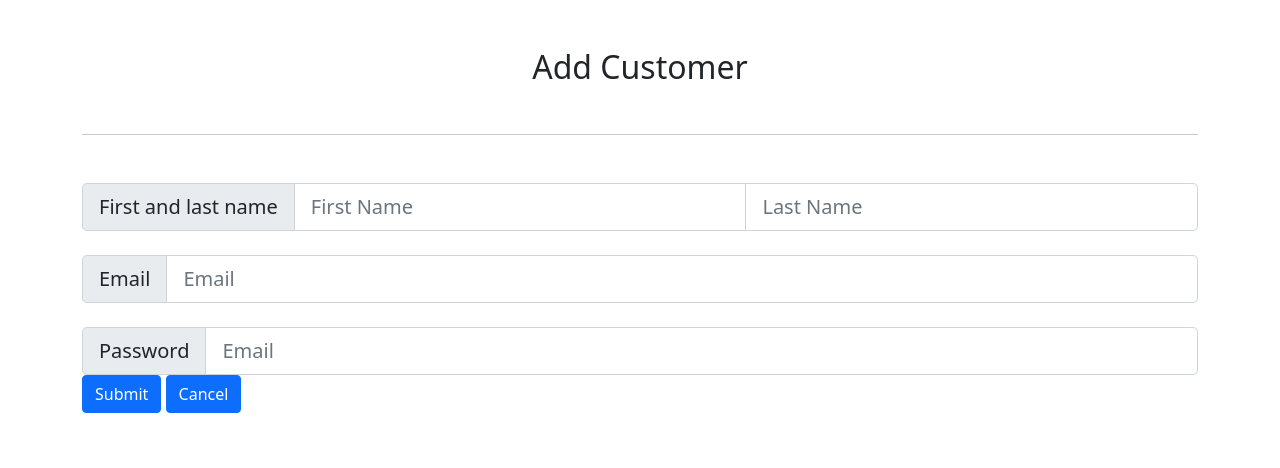
Repository: valletivarish/monojsp
Page: http://localhost/11-bank-application/add-customer.jsp
An editor plug-in stored every save of this project. The page is shown before and after the next save, followed by the edit.
The browser window is 1280 px wide. The pictures show the whole page.
The page is served by Tomcat 9. Other server files are loaded and not shown.

Above is the page before, as saved 2024-07-20 07:24:38.

### 11-bank-application/WebContent/add-customer.jsp
<%@ page language="java" contentType="text/html; charset=ISO-8859-1"
	pageEncoding="ISO-8859-1"%>
<!DOCTYPE html>
<html>
<head>
<meta charset="ISO-8859-1">
<title>Insert title here</title>
<link
	href="https://cdn.jsdelivr.net/npm/bootstrap@5.0.2/dist/css/bootstrap.min.css"
	rel="stylesheet"
	integrity="sha384-EVSTQN3/azprG1Anm3QDgpJLIm9Nao0Yz1ztcQTwFspd3yD65VohhpuuCOmLASjC"
	crossorigin="anonymous">
<script
	src="https://cdn.jsdelivr.net/npm/bootstrap@5.0.2/dist/js/bootstrap.bundle.min.js"
	integrity="sha384-MrcW6ZMFYlzcLA8Nl+NtUVF0sA7MsXsP1UyJoMp4YLEuNSfAP+JcXn/tWtIaxVXM"
	crossorigin="anonymous"></script>
</head>
<body>
	<div class="container my-5">
		<h2 class="text-center my-5">Add Customer</h2>
		<hr>
		<form action="admin" method="post">
			<div class="col-sm-10 my-3">
				<input type="hidden" name="command" value="insert"
					class="form-control">
			</div>
			<div class="input-group input-group-lg mt-5 ">
				<span class="input-group-text">First and last name</span> <input
					type="text" aria-label="First name" class="form-control" placeholder="First Name" name="fname"> <input
					type="text" aria-label="Last name" class="form-control" placeholder="Last Name" name="lname">
			</div>
			<div class="input-group flex-nowrap input-group-lg  mt-4">
				<span class="input-group-text" id="addon-wrapping">Email</span> <input
					type="text" class="form-control" placeholder="Email"
					aria-label="Email" aria-describedby="addon-wrapping" name="email">
			</div>
			<div class="input-group flex-nowrap input-group-lg  mt-4">
				<span class="input-group-text" id="addon-wrapping">Password</span> <input
					type="text" class="form-control" placeholder="Email"
					aria-label="Password" aria-describedby="addon-wrapping" name="password">
			</div>

			<div class="col-sm-10">
				<input type="submit" value="Submit" class="btn btn-primary">
				<a href="admin" class="btn btn-primary">Cancel</a>
			</div>

		</form>
	</div>
</body>
</html>

After the next save:
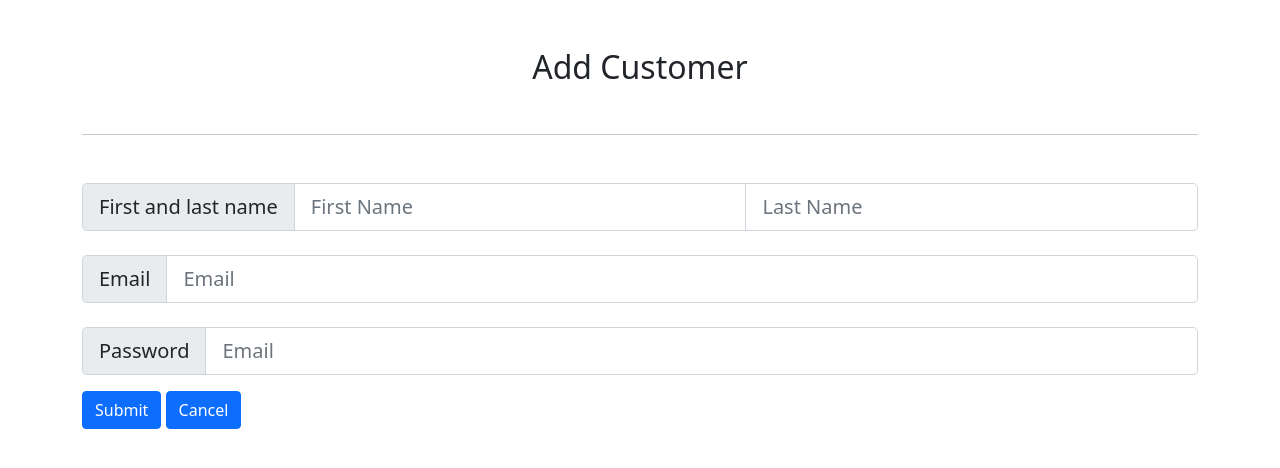
Saved 12 s later.
--- a/11-bank-application/WebContent/add-customer.jsp
+++ b/11-bank-application/WebContent/add-customer.jsp
@@ -40,7 +40,7 @@
 					aria-label="Password" aria-describedby="addon-wrapping" name="password">
 			</div>
 
-			<div class="col-sm-10">
+			<div class="col-sm-10 my-3">
 				<input type="submit" value="Submit" class="btn btn-primary">
 				<a href="admin" class="btn btn-primary">Cancel</a>
 			</div>
